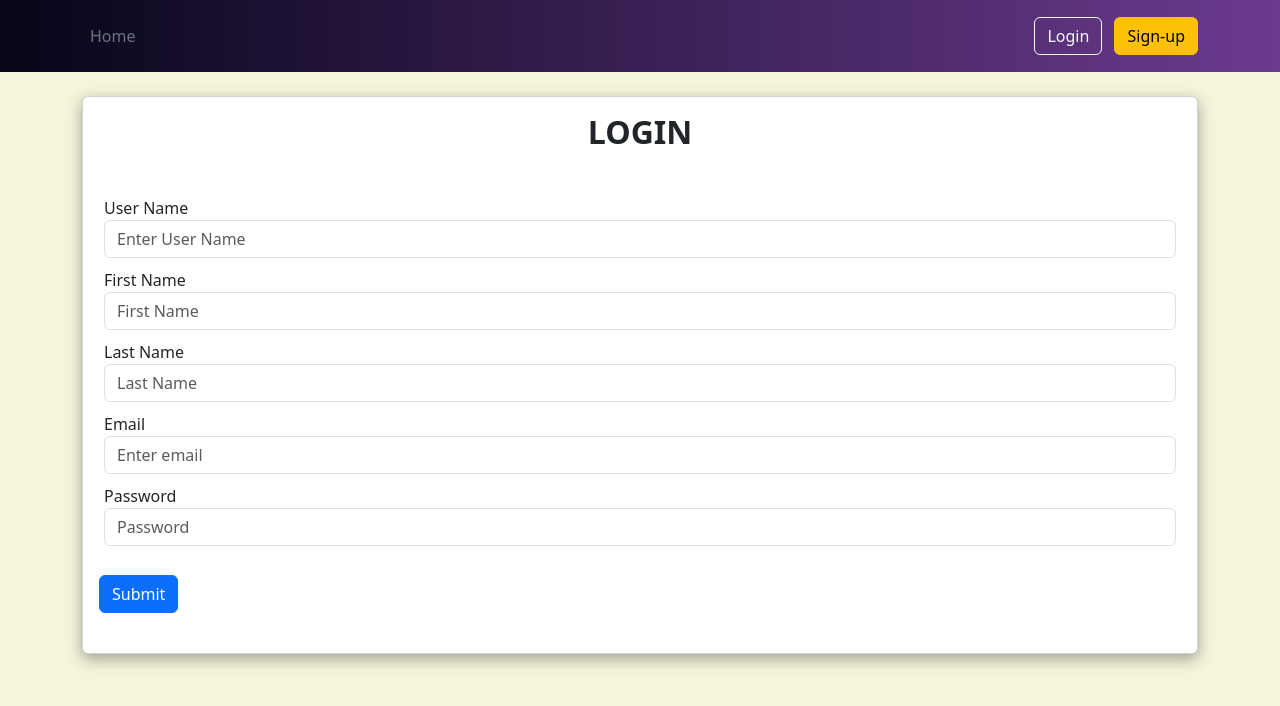
Repository: professorsourabh/php_membership
Page: login.html
These files come from the project's save history. The page is drawn as it stood at one moment and after the next save; the edit follows.
The browser window is 1280 px wide. The pictures show the whole page.

Above is the page before, as saved 2023-07-08 18:00:57.

### login.html
<html lang="en">
<head>
    <meta charset="UTF-8">
    <meta name="viewport" content="width=device-width, initial-scale=1.0">
    <title>Assesment</title>
    <link href="https://cdn.jsdelivr.net/npm/bootstrap@5.3.0/dist/css/bootstrap.min.css" rel="stylesheet" integrity="sha384-9ndCyUaIbzAi2FUVXJi0CjmCapSmO7SnpJef0486qhLnuZ2cdeRhO02iuK6FUUVM" crossorigin="anonymous">
    <link rel="stylesheet" href="index.css"></link>
</head>
<body>
    <header class="p-3 bg-dark text-white">
        <div class="container">
          <div class="d-flex flex-wrap align-items-center justify-content-center justify-content-lg-start">


            <ul class="nav col-12 col-lg-auto me-lg-auto mb-2 justify-content-center mb-md-0">
              <li><a href="#" class="nav-link px-2 text-secondary">Home</a></li>

            </ul>




            <div class="text-end">
              <button type="button" class="btn btn-outline-light me-2">Login</button>
              <button type="button" class="btn btn-warning">Sign-up</button>
            </div>
          </div>
        </div>
      </header>
      <div class="container my-4">
        <div class="card my-4" style="box-shadow: rgba(0, 0, 0, 0.35) 0px 5px 15px;">
            <div class="card-heading text-center my-3 mx-2">
                <h2 class="text-uppercase fw-bold">Login</h2>
            </div>
            <div class="card-body">

        <form method="post" action="">
            <div class="form-group">
                <label for="exampleInputusername">User Name</label>
                <input type="text" class="form-control" name="username" id="username" placeholder="Enter User Name">
              </div>

              <div class="form-group">
                <label for="exampleInputfirst_name">First Name</label>
                <input type="text" class="form-control" name="firstname" id="first_name" placeholder="First Name">
              </div>
              <div class="form-group">
                <label for="exampleInputlast_name">Last Name</label>
                <input type="text" name="lastname" class="form-control" id="last_name" placeholder="Last Name">
              </div>

            <div class="form-group">
              <label for="exampleInputEmail">Email</label>
              <input type="email" class="form-control" name="email" id="email"  placeholder="Enter email">

            </div>


              <div class="form-group">
                <label for="exampleInputPassword">Password</label>
                <input type="password" class="form-control" name="password" id="exampleInputPassword" placeholder="Password">
              </div>


            <button type="submit" class="btn btn-primary my-4">Submit</button>
          </form>

            </div>
        </div>

    </div>






    <script src="https://cdn.jsdelivr.net/npm/bootstrap@5.3.0/dist/js/bootstrap.bundle.min.js" integrity="sha384-geWF76RCwLtnZ8qwWowPQNguL3RmwHVBC9FhGdlKrxdiJJigb/j/68SIy3Te4Bkz" crossorigin="anonymous"></script>
</body>
</html>

### index.css
*{
    padding: 0;
    margin: 0;
}

body{

    background-color: beige;
}
header{
    background: rgb(5,4,24);
    background: linear-gradient(90deg, rgba(5,4,24,0.9557072829131653) 0%, rgba(134,66,179,0.7400210084033614) 100%);
}
.registration-part{

    padding: 50px;

}
.text-cente{
    text-align: center;
}
div.form-group{
    padding: 5px;
}

After the next save:
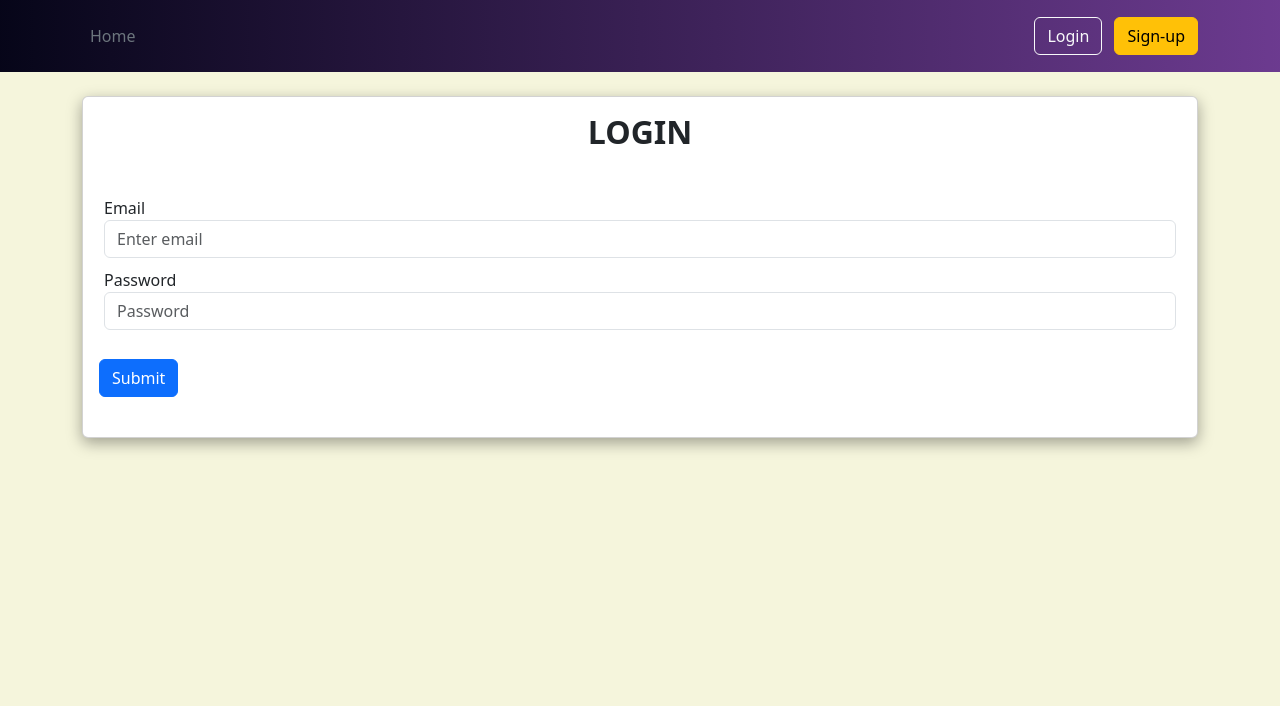
Saved 20 s later.
--- a/login.html
+++ b/login.html
@@ -35,21 +35,9 @@
             <div class="card-body">
 
         <form method="post" action="">
-            <div class="form-group">
-                <label for="exampleInputusername">User Name</label>
-                <input type="text" class="form-control" name="username" id="username" placeholder="Enter User Name">
-              </div>
 
-              <div class="form-group">
-                <label for="exampleInputfirst_name">First Name</label>
-                <input type="text" class="form-control" name="firstname" id="first_name" placeholder="First Name">
-              </div>
-              <div class="form-group">
-                <label for="exampleInputlast_name">Last Name</label>
-                <input type="text" name="lastname" class="form-control" id="last_name" placeholder="Last Name">
-              </div>
 
-            <div class="form-group">
+           <div class="form-group">
               <label for="exampleInputEmail">Email</label>
               <input type="email" class="form-control" name="email" id="email"  placeholder="Enter email">
 
